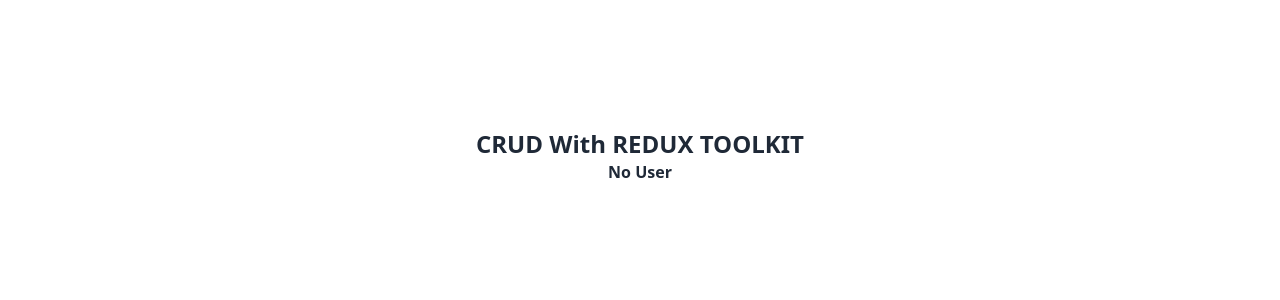
Repository: OmniaRafat232111121/Crud-reduxtoolkit
Page: /
An editor plug-in stored every save of this project. The page is shown before and after the next save, followed by the edit.
The browser window is 1280 px wide. The pictures show the whole page.
The project was rebuilt for these pictures with package versions that can differ from the ones it lists, and the page was loaded fresh each time.

Above is the page before, as saved 2023-02-10 14:03:48.

After the next save:
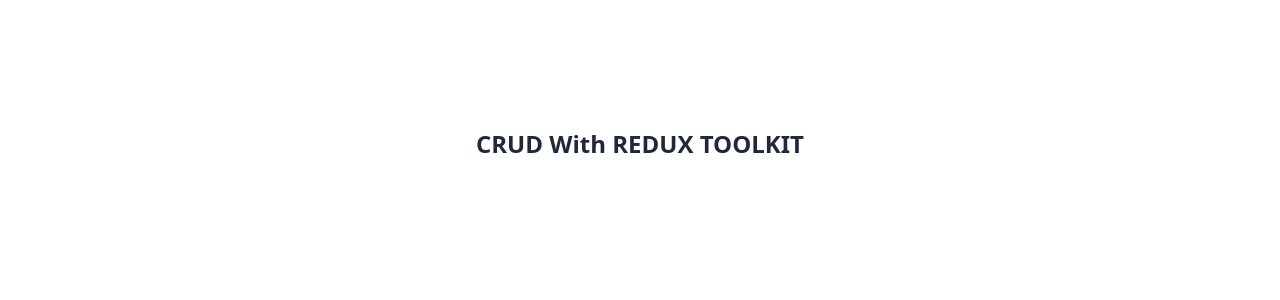
Saved 22 s later.
--- a/src/App.js
+++ b/src/App.js
@@ -5,7 +5,7 @@
   return (
     <div className='container mx-auto px-2 pt-10 md:pt-32 '>
     <h1 className='text-center font-bold text-2xl text-gray-800'>CRUD With REDUX TOOLKIT</h1>
-          <UserList />
+
     </div>
   )
 }
